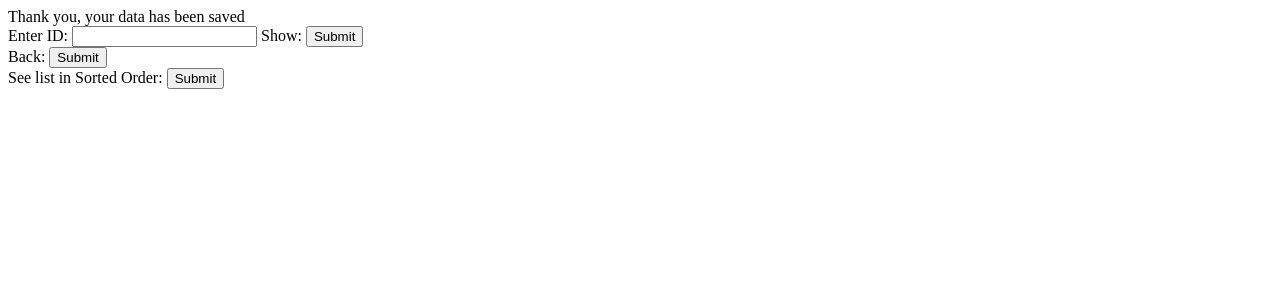
Repository: amittomar287/springbootbasics
Page: http://localhost/springJPA/ThankYou.jsp
An editor plug-in stored every save of this project. The page is shown before and after the next save, followed by the edit.
The browser window is 1280 px wide. The pictures show the whole page.
The page is served by Tomcat 9.

Above is the page before, as saved 2022-08-06 05:48:34.

After the next save:
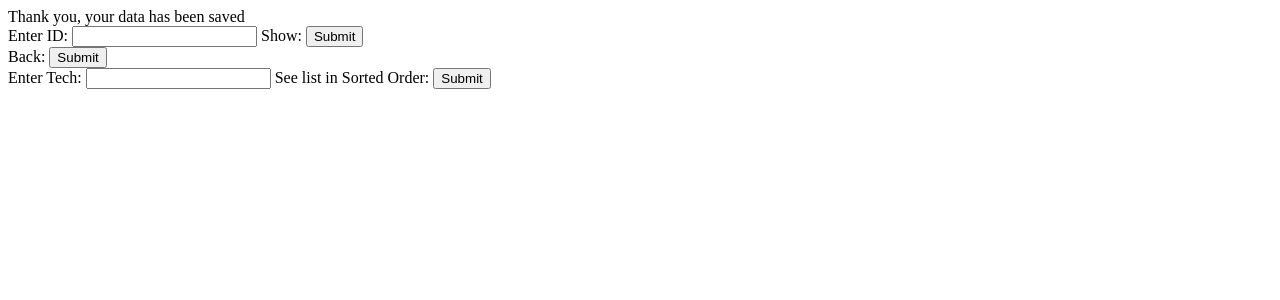
Saved 20 s later.
--- a/springJPA/src/main/webapp/ThankYou.jsp
+++ b/springJPA/src/main/webapp/ThankYou.jsp
@@ -20,6 +20,7 @@ Back: <input type="submit"><br>
 </form>
 
 <form action="sorted">
+Enter Tech: <input type="text" name="tech">
 See list in Sorted Order: <input type="submit"><br>
 </form>
 
